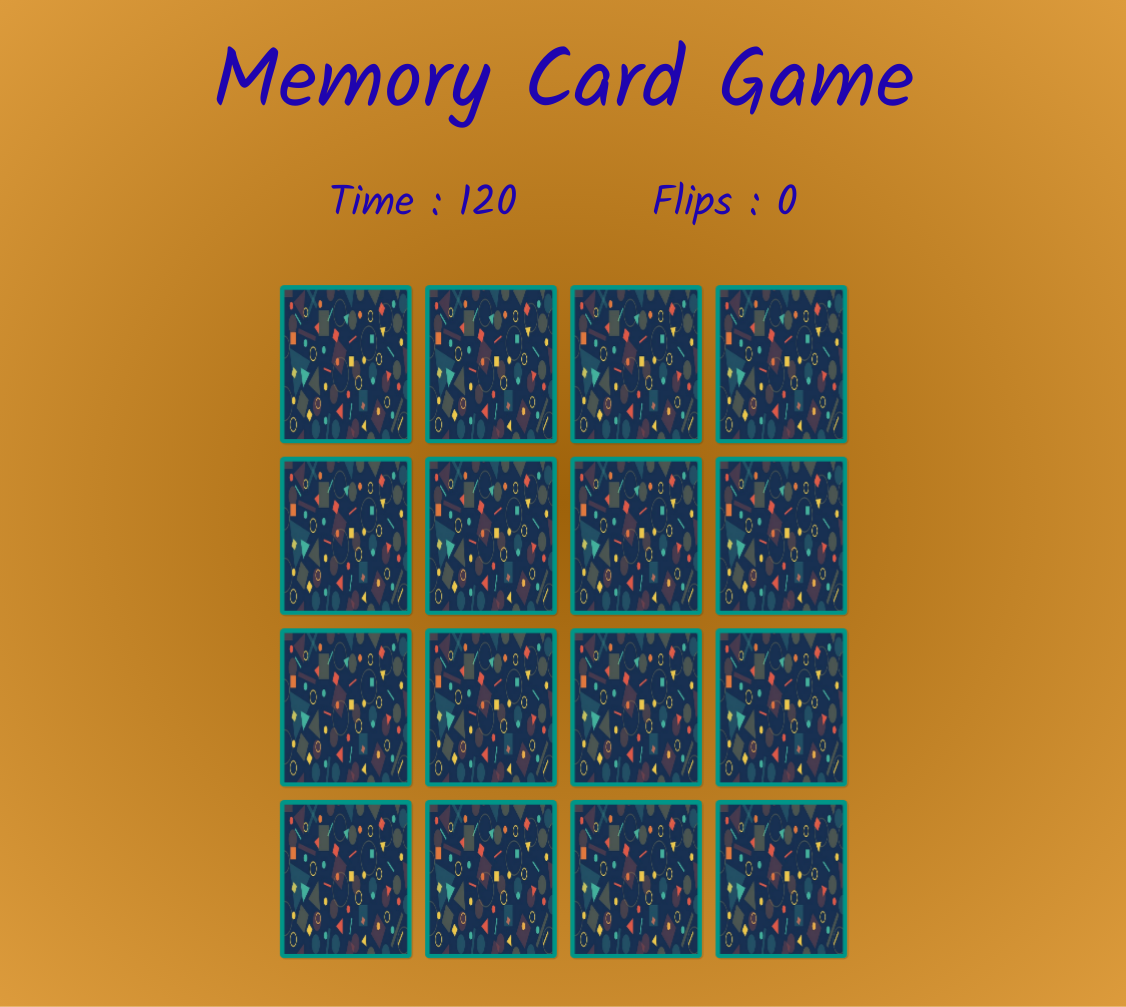
Repository: claudiadanaila1/Project-2--Interactive-FrontEnd---Memory-game
Page: index.html
The author's editor kept a record of every edit. The page is drawn from the files as they stood at one moment, then again after the next edit.
The browser window is 1280 px wide. The pictures show the whole page, at 88% of full size.

Above is the page before.

After the next edit:
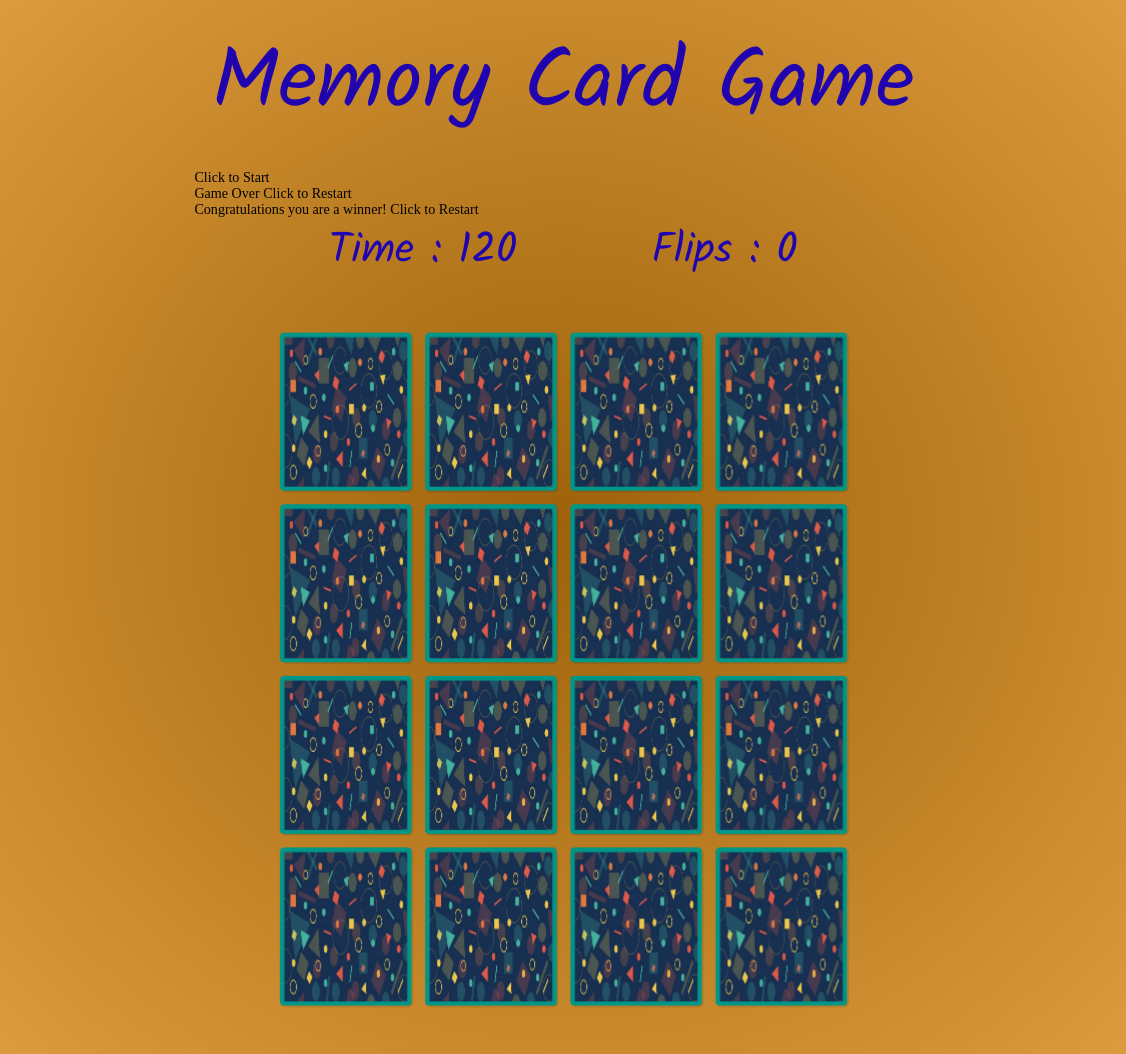
The edit:
--- a/css/style.css
+++ b/css/style.css
@@ -102,7 +102,7 @@ body{
 
 /* game text for start, victory and game over */
 
-.text-game {
+.text-game .instructions {
     font-family: "Kalam", sans-serif;
     color:#0cb5dc;
     position:fixed;
